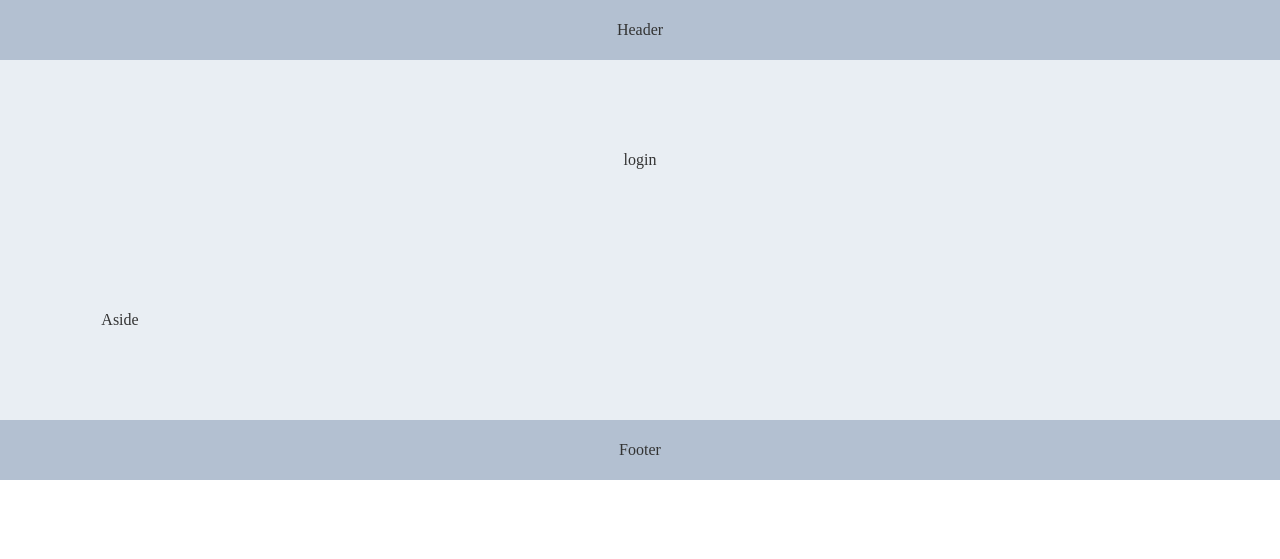
Repository: Trayvon21/cnode
Page: /login
An editor plug-in stored every save of this project. The page is shown before and after the next save, followed by the edit.
The browser window is 1280 px wide. The pictures show the whole page.
The project was rebuilt for these pictures with package versions that can differ from the ones it lists, and the page was loaded fresh each time. Also part of the build but not shown: vue.config.js.

Above is the page before, as saved 2019-12-16 13:24:32.

After the next save:
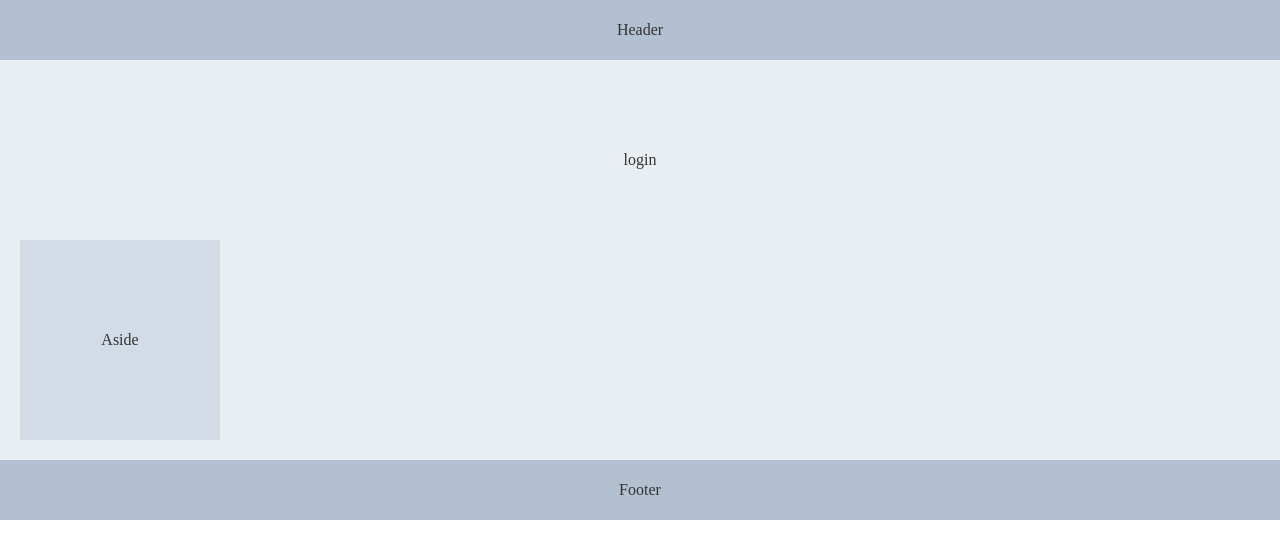
Saved 34 s later.
--- a/src/views/Home.vue
+++ b/src/views/Home.vue
@@ -25,16 +25,23 @@ export default {
 </script>
 
 <style scoped lang='scss'>
-  .el-main {
-    background-color: #E9EEF3;
-    color: #333;
-    text-align: center;
-    line-height: 160px;
-  }
- .el-header, .el-footer {
-    background-color: #B3C0D1;
-    color: #333;
-    text-align: center;
-    line-height: 60px;
-  }
+.el-main {
+  background-color: #e9eef3;
+  color: #333;
+  text-align: center;
+  line-height: 160px;
+}
+.el-aside {
+  background-color: #d3dce6;
+  color: #333;
+  text-align: center;
+  line-height: 200px;
+}
+.el-header,
+.el-footer {
+  background-color: #b3c0d1;
+  color: #333;
+  text-align: center;
+  line-height: 60px;
+}
 </style>
